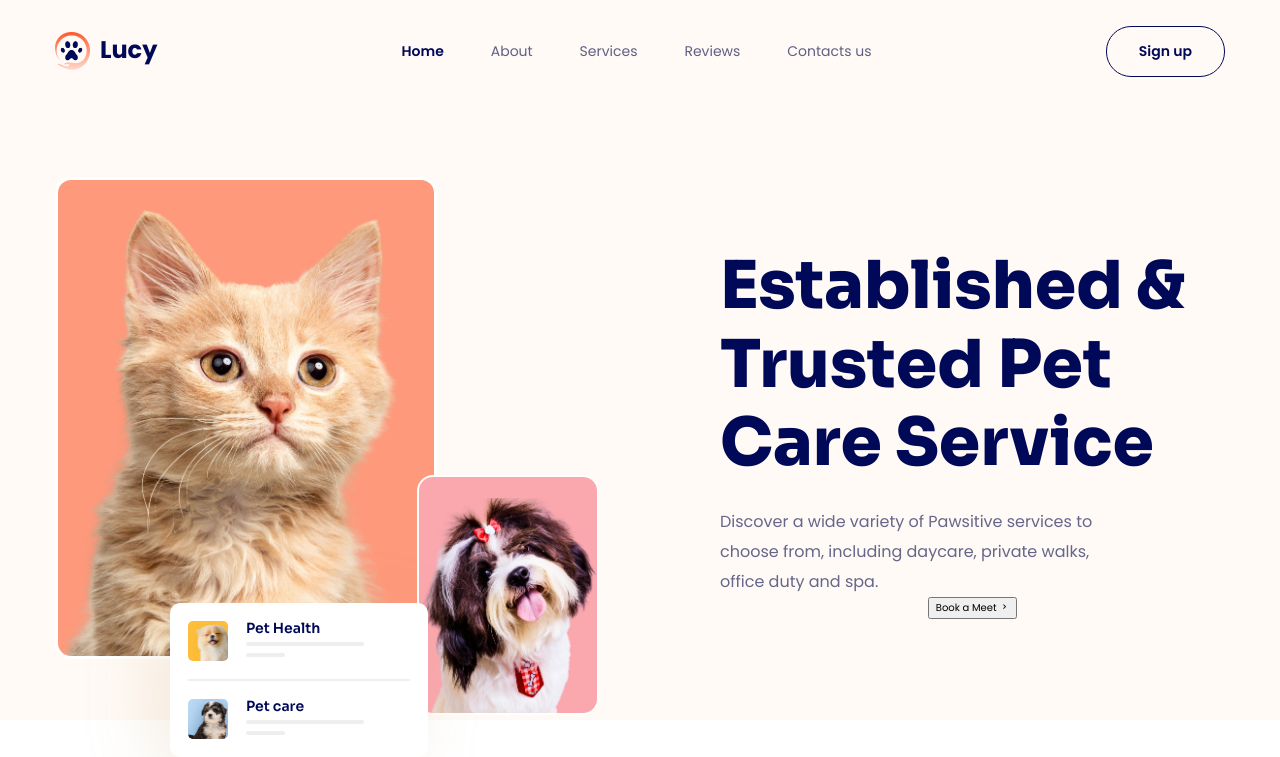
Repository: Cuongquaidan/F8projeact-04
Page: index.html
An editor plug-in stored every save of this project. The page is shown before and after the next save, followed by the edit.
The browser window is 1280 px wide. The pictures show the whole page.

Above is the page before, as saved 2023-04-15 10:12:35.

### index.html
<!DOCTYPE html>
<html lang="en">
    <head>
        <meta charset="UTF-8" />
        <meta http-equiv="X-UA-Compatible" content="IE=edge" />
        <meta name="viewport" content="width=device-width, initial-scale=1.0" />
        <title>F8project-4</title>
        <!-- reset css -->
        <link rel="stylesheet" href="./asset/css/reset.css" />
        <!-- font -->
        <link rel="preconnect" href="https://fonts.googleapis.com" />
        <link rel="preconnect" href="https://fonts.gstatic.com" crossorigin />
        <link
            href="https://fonts.googleapis.com/css2?family=Poppins:ital,wght@0,200;0,300;0,400;0,500;0,600;0,700;0,800;0,900;1,100;1,200;1,300;1,400;1,500;1,600;1,700;1,800;1,900&family=Sora:wght@100;200;300;400;500;600;700;800&display=swap"
            rel="stylesheet"
        />
        <!-- icon -->
        <link
            href="https://unpkg.com/boxicons@2.1.4/css/boxicons.min.css"
            rel="stylesheet"
        />

        <!-- styles -->
        <link rel="stylesheet" href="./asset/css/styles.css" />
        <link rel="stylesheet" href="./asset/css/responsive.css" />
    </head>
    <body>
        <div class="header">
            <div class="container">
                <a href="#" class="brand__link">
                    <div class="header__brand">
                        <img
                            src="./asset/img/logo.png"
                            alt="Lucy"
                            class="brand__img"
                        />
                        <span class="brand__name">Lucy</span>
                    </div>
                </a>
                <ul class="header__nav">
                    <li class="header__nav-item">
                        <a
                            href="#header"
                            class="nav-item__link nav-item--active"
                            >Home</a
                        >
                    </li>
                    <li class="header__nav-item">
                        <a href="#about" class="nav-item__link">About</a>
                    </li>
                    <li class="header__nav-item">
                        <a href="#services" class="nav-item__link">Services</a>
                    </li>
                    <li class="header__nav-item">
                        <a href="#reviews" class="nav-item__link">Reviews</a>
                    </li>
                    <li class="header__nav-item">
                        <a href="#contacts" class="nav-item__link"
                            >Contacts us</a
                        >
                    </li>
                </ul>
                <div class="header__action">
                    <button class="header__action-btn">Sign up</button>
                </div>
            </div>
            <div class="hero">
                <div class="container hero__container">
                    <div class="hero__cards">
                        <div class="cards__media">
                            <div class="cards__main-card">
                                <img src="./asset/img/pattern-1.svg" alt="pattern" class="main-card__decor">
                                <img
                                    src="./asset/img/conmeovang.png"
                                    alt="Meomeo"
                                    class="main-cards__img"
                                />
                                <img src="./asset/img/pattern-2.svg" alt="pattern" class="main-card__decor">
                            </div>
                            <div class="cards__sub-card">
                                <img
                                    src="./asset/img/conchohong.png"
                                    alt="Pets"
                                    class="sub-cards__img"
                                />
                            </div>
                        </div>
                        <div class="cards__info-card">
                            <div class="info-card__pet">
                                <div class="pet__bg-img"><img src="./asset/img/conchovang.png" alt="pets" class="pet__img"></img></div>
                                   <div class="info__inner-card">
                                    <p class="pet__title">Pet Health</p>
                                    <div class="pet__skeleton-long"></div>
                                    <div class="pet__skeleton-short"></div>
                                   </div>

                            </div>
                            <div class="seperate"></div>
                            <div class="info-card__pet">
                                <div class="pet__bg-img"> <img src="./asset/img/conchoxanh.png" alt="pets" class="pet__img"></img></div>
                                <div class="info__inner-card">
                                    <p class="pet__title">Pet care</p>
                                <div class="pet__skeleton-long"></div>
                                <div class="pet__skeleton-short"></div>
                                </div>
                            </div>
                        </div>
                    </div>
                    <section class="hero__contents">
                        <p class="hero__contents-title title">Established &
                            Trusted Pet
                            Care Service</p>
                        <p class="hero__contents-desc desc">
                            Discover a wide variety of Pawsitive services to choose from, including daycare, private walks, office duty and spa.
                        </p>
                        <div class="hero__contents-booking">
                            <button class="btn booking__btn">Book a Meet <span class="book-chevron"><i class='bx bx-chevron-right'></i></span></button>
                        </div>
                    </section>
                </div>
            </div>
        </div>
        <script src="./app.js"></script>
    </body>
</html>

### asset/css/styles.css
* {
    box-sizing: border-box;
}
html {
    font-size: 62.5%;
}

:root {
    --primary-background-color: #fffaf5;
    --primary-font-tittle: "Sora", sans-serif;
    --primary-color: #000958;
}
body {
    font-size: 1.6rem;
    font-family: "Poppins", sans-serif;
}
/* comman */
input,
textarea,
select,
button {
    font-size: inherit;
    font-family: inherit;
}
a {
    text-decoration: none;
    color: #5e6085;
}
.container {
    width: 1170px;
    margin-left: auto;
    margin-right: auto;
    display: flex;
    text-align: center;
}
.title {
    color: var(--primary-color);
    font-family: "Sora", sans-serif;
    font-size: 5.2em;
    font-weight: 800;
    text-align: left;
}
.desc {
    font-weight: 400;
    font-size: 16px;
    line-height: 30px;
    text-align: left;
    color: #656689;
}
/* header */
.header {
    background-color: var(--primary-background-color);
    padding-top: 26px;
    height: 100vh;
    font-size: 1rem;
}

.header .container {
    justify-content: space-between;
}
.header__brand {
    display: flex;
    text-align: center;
    padding: 6px 0px;
}
.brand__img {
    width: 35px;
    height: auto;
    object-fit: cover;
}
.brand__name {
    color: var(--primary-color);
    font-size: 2.4em;
    font-weight: 700;
    padding: 6px 10px;
}
.header__nav {
    display: flex;
    width: 490px;
    justify-content: space-between;
    text-align: center;
}
.header__nav-item {
    padding: 18px 10px;
    font-size: 1.4em;
    color: #5e6085;
}
.nav-item--active {
    font-weight: 600;
    color: var(--primary-color);
}
.header__action-btn {
    font-size: 1.4em;
    font-weight: 600;
    padding: 14px 32px;
    border: 1px solid var(--primary-color);
    color: var(--primary-color);
    background-color: var(--primary-background-color);
    border-radius: 25px;
}
/* hero */
.hero {
    margin-top: 100px;
    font-size: 1rem;
}
.hero__container {
    display: grid;
    grid-template-columns: repeat(2, 1fr);
}
.hero__cards {
    position: relative;
}
.cards__media {
    display: flex;
    align-items: end;
}

.cards__main-card {
    position: relative;
    width: 382px;
    height: 482px;
    background-color: #fe997b;
    border: 3px solid white;
    border-radius: 16px;
}
.main-cards__img {
    position: absolute;
    bottom: 0;
    left: 0;
    max-width: 100%;
    border-radius: 16px;
}
.main-card__decor {
    position: absolute;
    z-index: -1;
    top: 17px;
    right: -35px;
}
.main-card__decor:nth-child(3) {
    position: absolute;
    top: auto;
    right: auto;
    bottom: 10px;
    left: -58px;
}

.cards__sub-card {
    position: relative;
    margin-left: -20px;
    transform: translateY(56px);
    width: 182px;
    height: 240px;
    background-color: #faa7ad;
    border: 2px solid white;
    border-radius: 16px;
}
.sub-cards__img {
    position: absolute;
    bottom: 0;
    left: 0;
    max-width: 100%;
    border-radius: 16px;
}
.cards__info-card {
    position: absolute;
    top: 426px;
    right: 212px;
    background-color: white;
    box-shadow: -17px 14px 68px -4px rgba(207, 174, 132, 0.25);
    border-radius: 10px;
}

.info-card__pet {
    display: flex;
}
.seperate {
    width: 222px;
    margin-left: 18px;
    margin-right: 18px;
    background-color: #eee;
    height: 2px;
    border-radius: 1px;
}
.pet__bg-img {
    background-color: #fdbf3d;
    margin: 18px;
    width: 40px;
    height: 40px;
    border-radius: 5px;
}
.info-card__pet:nth-child(3) .pet__bg-img {
    background-color: #bcdaf5;
}
.pet__img {
    width: 100%;
    border-radius: 5px;
}
.info__inner-card {
    margin-top: 18px;
    display: flex;
    flex-direction: column;
    align-items: start;
}
.pet__title {
    color: var(--primary-color);
    font-family: "Sora", sans-serif;
    font-size: 1.4em;
    font-weight: 600;
}
.pet__skeleton-long {
    margin-top: 7px;
    margin-bottom: 7px;
    background-color: #eee;
    border-radius: 3px;
    width: 118px;
    height: 4px;
}
.pet__skeleton-short {
    background-color: #eee;
    border-radius: 3px;
    width: 39px;
    height: 4px;
}
.hero__contents {
    padding-top: 70px;
    padding-left: 80px;
}
.hero__contents-title {
    font-size: 6.6em;
    line-height: 1.19;
    margin-bottom: 24px;
    margin-right: 30px;
}
.hero__contents-desc {
    width: 390px;
}

Loaded but not shown: asset/css/reset.css (common file); app.js (no copy from this time; the picture is the same without it); asset/css/responsive.css (no stored copy; drawn as an empty file)

After the next save:
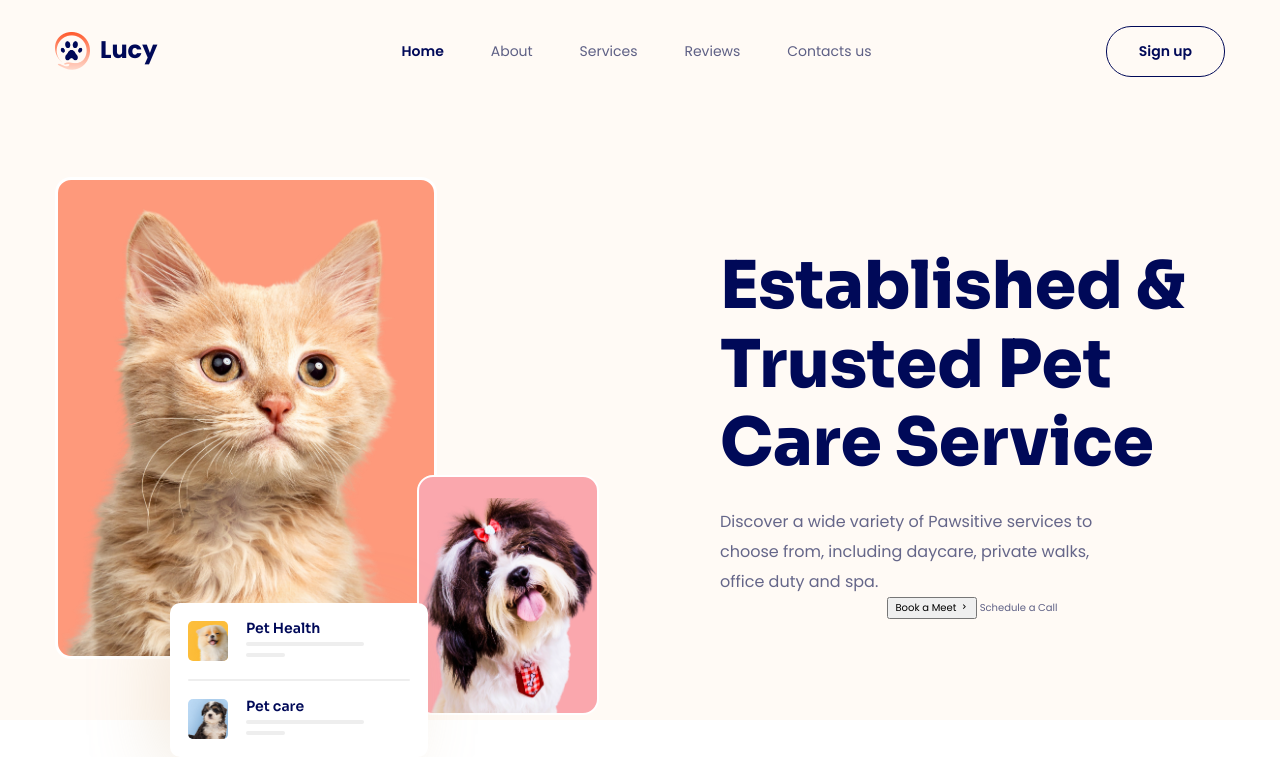
Saved 58 s later.
--- a/index.html
+++ b/index.html
@@ -115,6 +115,7 @@
                         </p>
                         <div class="hero__contents-booking">
                             <button class="btn booking__btn">Book a Meet <span class="book-chevron"><i class='bx bx-chevron-right'></i></span></button>
+                            <a href="#!" class="booking-call">Schedule a Call</a>
                         </div>
                     </section>
                 </div>
